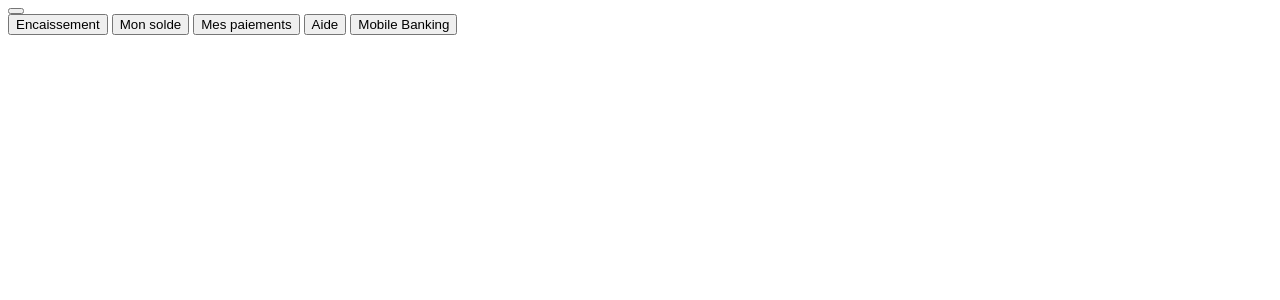
Repository: nyoumi/perfectpay
Page: src/pages/home/home.html
An editor plug-in stored every save of this project. The page is shown before and after the next save, followed by the edit.
The browser window is 1280 px wide. The pictures show the whole page.

Above is the page before, as saved 2021-02-17 16:12:12.

After the next save:
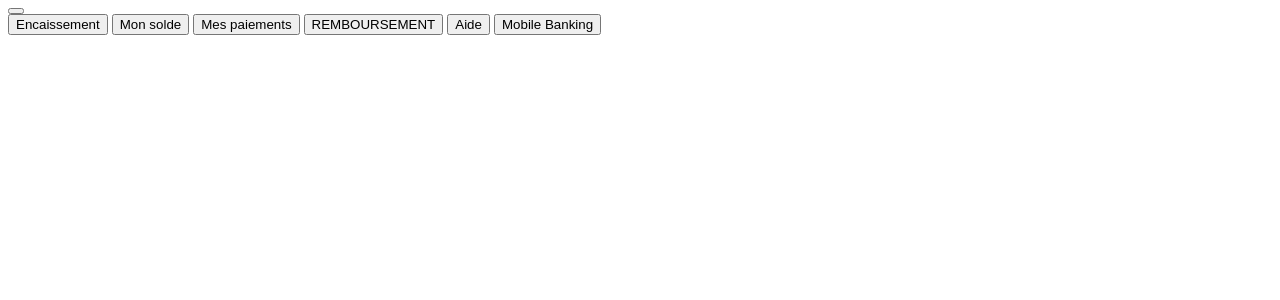
Saved 6 days later.
--- a/src/pages/home/home.html
+++ b/src/pages/home/home.html
@@ -42,7 +42,7 @@
      </ion-row>
      <ion-row text-center>
 
-      <ion-col col-12>
+      <ion-col col-6>
          <button ion-button color="light" outline (tap)="selectService()">
 
         <div><ion-icon name="custom-topup"></ion-icon></div>
@@ -50,14 +50,14 @@
 
       </button>
     </ion-col>
-      <!-- <ion-col col-6>
+       <ion-col col-6>
          <button ion-button color="light" outline (tap)="gotoPayment()">
 
         <div><ion-icon name="custom-settings"></ion-icon></div>
-        Mes intégrations
+       REMBOURSEMENT
 
       </button>
-    </ion-col> -->
+    </ion-col>
 
      </ion-row>
      <ion-row text-center>
